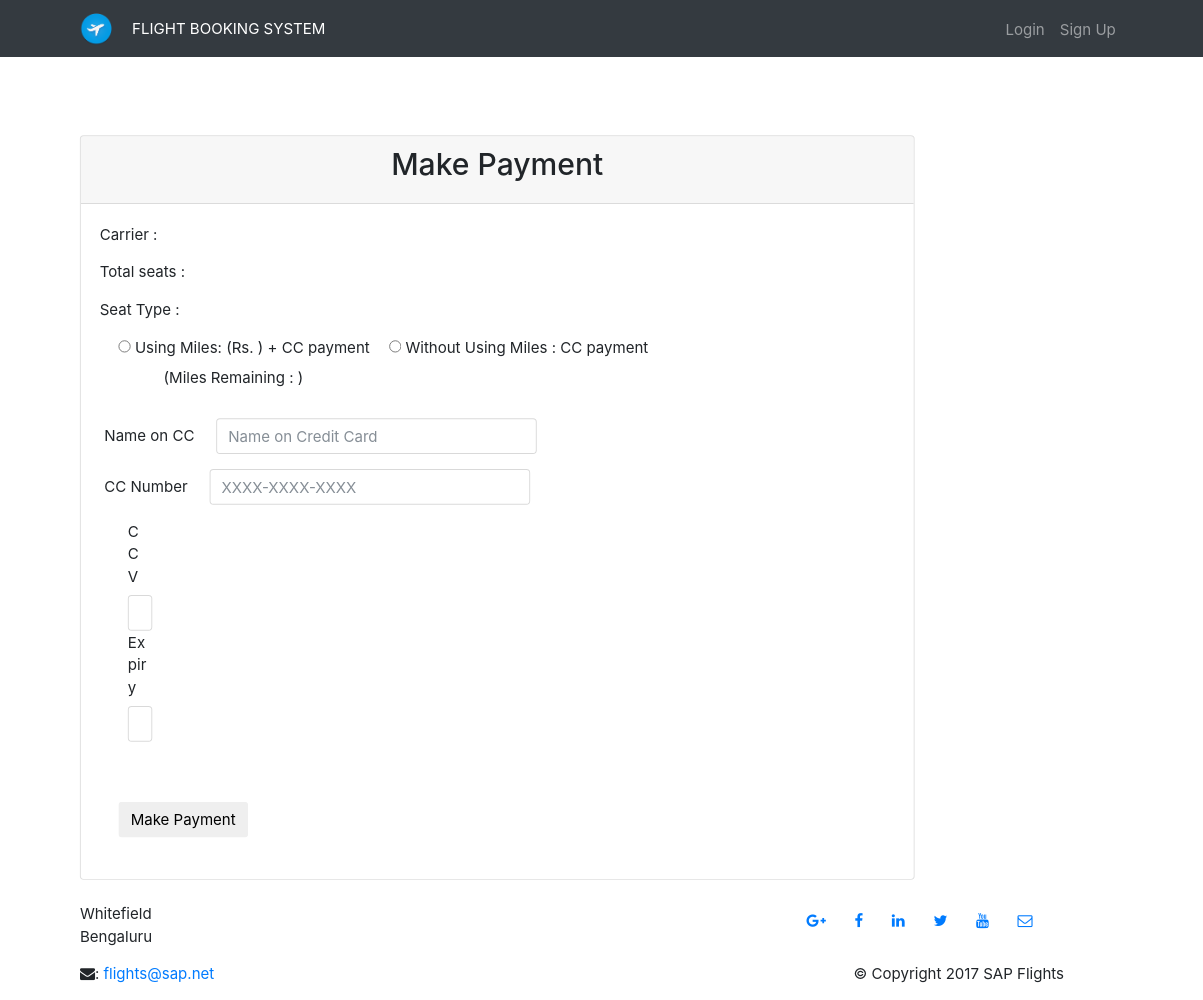
Repository: yashtatia/Spring-Practice
Page: http://localhost/FitnessTracker/WEB-INF/jsp/makePayment.jsp
The author's editor kept a copy of each file at every save. The page is drawn from the files as they stood at one save, then again after the next save.
The browser window is 1280 px wide. The pictures show the whole page, at 94% of full size.
Some web libraries are served in a nearby version. The page is served by Tomcat 9. Nobody is signed in. Other server files are loaded and not shown. The template is opened directly, without the code that normally fills it, so the values that code supplies are empty.

Above is the page before, as saved 2017-09-06 08:23:55.
Console error: SyntaxError: Unexpected token ';'

### FitnessTracker/src/main/webapp/WEB-INF/jsp/makePayment.jsp
<%@ taglib prefix="spring" uri="http://www.springframework.org/tags" %>
<%@ taglib prefix="form" uri="http://www.springframework.org/tags/form" %>

<jsp:include page="header.jsp" />
	<br>
	<br>
	<br>
	<br>
	<br>
	<br>
	<div class="container">
		<div class="card" style="max-width: 80%;" >
			<div class="card-header">
				<h2 class="card-title" align="center">Make Payment</h2>
			</div>
			<div class="card-block">
				<div class="card-body">
						<p>Carrier : ${flightSelected.airline}</p>
						<p>Total seats : ${flightSelected.seats}</p>
						<p>Seat Type : ${flightSelected.seat_class}</p>

						<form:form commandName="payment" class="form-horizontal" style=" padding-left: 20px;" method="POST">

							  <label class="radio-inline" >
							    <form:radiobutton path="payment_choice" name="payment_choice" value="1" />
							     Using Miles: ${miles_used} (Rs. ${discount}) + ${fare_with_miles}  CC payment

							  </label>


							  <label class="radio-inline mx-3">
							    <form:radiobutton path="payment_choice" name="payment_choice" value="2" />
							    Without Using Miles : ${fare_without_miles}	CC payment
							  </label>
							  <label class="mx-5">
							  	(Miles Remaining : ${miles_remaining})
							  </label>

							<br />
							<br/>

							<div class="form-group row">
							    <label for="input1" class="col-xs-3 col-form-label mr-2">Name on CC</label>
							    <div class="col-sm-10">
							      <form:input path="cc_name" type="text" name="cc_name" id="cc_name" placeholder="Name on Credit Card" class="form-control" style="max-width: 50%;" />
							    </div>
							</div>
							<div class="form-group row">
							    <label for="input2" class="col-xs-3 col-form-label mr-2">CC Number</label>
							    <div class="col-sm-10">
							      <form:input path="cc_number" type="text" name="cc_number" id="cc_number" placeholder="XXXX-XXXX-XXXX" class="form-control" style="max-width: 50%;" />
							    </div>
							</div>
							<div class="form-row">
									<div class="form-group">
				    <label for="input3" class="col-sm-2 control-label">CCV</label>
				    <div class="col-sm-1">
				      <input type="password" name="cc_cvv" id="cc_cvv" placeholder="CVV" class="form-control" style="width: 140%" required>
				    </div>

				    <label for="input4" class="col-sm-2 control-label">Expiry</label>
				    <div class="col-sm-2">
				      <input type="text" name="cc_expiry" id="cc_expiry" placeholder="MM/YY" class="form-control" required>
				    </div>
				</div>
							</div>
							<br />
							<br />

							<form:hidden path="flight_id"  name="flight_id" value="${flightSelected.flight_id}" />
							<form:hidden path="seat_type" name="seat_type" value="${flightSelected.seat_class_abbrev}" />
							<form:hidden path="seats" name="seats" value="${flightSelected.seats}" />
							<form:hidden path="fare_with_miles" name="fare_with_miles" value="${fare_with_miles}" />
							<form:hidden path="fare_without_miles" name="fare_without_miles" value="${fare_without_miles}" />
							<form:hidden path="miles_used" name="miles_used" value="${miles_used}" />
							<form:hidden path="miles_remaining" name="miles_remaining" value="${miles_remaining}" />
							<form:hidden path="miles_earned" name="miles_earned" value="${miles_earned}" />

							<button type="submit" name="" value="Make Payment" class="btn btn-default col-lg-offset-10" >Make Payment</button>
						</form:form>
				</div>

			</div>

			<br />



		</div>
	</div>
	<br/>

<jsp:include page="footer.jsp" />
<script type="text/javascript">
		$( document ).ready(function() {
		    preProcess();
		});

		function preProcess(){
			if($('input[name=payment_choice]:checked').val() == "with_miles"){
				var cc_remaining = ${fare_with_miles};
				if(cc_remaining == 0){
					$("#cc_name").prop("disabled", true);
					$("#cc_number").prop("disabled", true);
					$("#cc_cvv").prop("disabled", true);
					$("#cc_expiry").prop("disabled", true);
				}
			}
		}

		$('input[name=payment_choice]').on('change', function() {
			if($('input[name=payment_choice]:checked').val() == "with_miles"){
				var cc_remaining = ${fare_with_miles};
				if(cc_remaining == 0){
					$("#cc_name").prop("disabled", true);
					$("#cc_number").prop("disabled", true);
					$("#cc_cvv").prop("disabled", true);
					$("#cc_expiry").prop("disabled", true);
				}
			}else{
				$("#cc_name").prop("disabled", false);
				$("#cc_number").prop("disabled", false);
				$("#cc_cvv").prop("disabled", false);
				$("#cc_expiry").prop("disabled", false);
			}
		});
	</script>

### FitnessTracker/src/main/webapp/WEB-INF/jsp/header.jsp
<%@ taglib prefix="c" uri="http://java.sun.com/jsp/jstl/core"%>
<%@ taglib prefix="form" uri="http://www.springframework.org/tags/form" %>
<%@ taglib prefix="spring" uri="http://www.springframework.org/tags" %>
<!DOCTYPE html>
<html>
<head>
	<meta charset="utf-8">
    <meta http-equiv="X-UA-Compatible" content="IE=edge">
    <meta name="viewport" content="width=device-width, initial-scale=1, shrink-to-fit=no">
	<title>Search Flights</title>
	<link rel="stylesheet" href="https://maxcdn.bootstrapcdn.com/bootstrap/4.0.0-beta/css/bootstrap.min.css" integrity="sha384-/Y6pD6FV/Vv2HJnA6t+vslU6fwYXjCFtcEpHbNJ0lyAFsXTsjBbfaDjzALeQsN6M" crossorigin="anonymous">
	<link href="https://maxcdn.bootstrapcdn.com/font-awesome/4.7.0/css/font-awesome.min.css" rel="stylesheet">
	<link rel="stylesheet" type="text/css" href="assets/css/jquery-ui.css">
</head>
<body>

	 <nav class="navbar navbar-expand-md navbar-dark bg-dark fixed-top">
            <div class="container">
                <div class="navbar-header">
	                <span><a class="navbar-brand" href="index.jsp"><img src="assets/img/sap.png" height=35 width=35></a></span>
	                <span style="color: white;">FLIGHT BOOKING SYSTEM</span>
                </div>

                <c:choose>
    				<c:when test="${not logInForm.loggedIn || logInForm == null}">
                       <ul class="navbar-nav bd-navbar-nav" style="cursor: pointer;">
	                        <li class="nav-item"><a class="nav-link" data-toggle="modal" data-target="#loginModal" id="login"><span class="glyphicon glyphicon-log-in"></span> Login</a></li>
	                        <li class="nav-item"><a class="nav-link" href="signUp.html"><span class="glyphicon glyphicon-log-in"></span> Sign Up</a></li>
	                    </ul>
	    			</c:when>
	    			<c:otherwise>
	                    <ul class="navbar-nav bd-navbar-nav" style="cursor: pointer;">
	                        <li class="nav-item dropdown">
	                            <a href="#" class="nav-link dropdown-toggle" data-toggle="dropdown"
	                             role="button" aria-haspopup="true" aria-expanded="false" style="color: white; ">
	                             <i class="fa fa-user-o" aria-hidden="true"></i>  ${userForm.fname} ${userForm.lname} <span class="caret"></span></a>
	                            <ul class="dropdown-menu">
	                                <li><a class="dropdown-item" href="#">Your Miles : ${userForm.air_miles}</a></li>
	                                <li><a class="dropdown-item" href="myBookings.html">MyBookings</a></li>
	                                <li><a class="dropdown-item" href="logout.html">Logout</a></li>
	                            </ul>
	                        </li>
	                    </ul>
	                </c:otherwise>
                </c:choose>


                </div>
        </nav>

    <c:if test="${logInForm.loggedIn == false || logInForm == null}">

	    <div id="loginModal" class="modal fade " role="dialog" aria-labelledby="loginModal" aria-hidden="true">
	        <div class="modal-dialog" style="max-width: 650px !important;">
	        <!-- Modal content-->
	        <div class="modal-content">
	            <div class="modal-header">
	                <h5 class="modal-title" id="exampleModalLabel">Login</h5>
			     	   <button type="button" class="close" data-dismiss="modal" aria-label="Close">
			        	  <span aria-hidden="true">&times;</span>
			       	 </button>
	            </div>
		        <div class="modal-body">
		            <form:form modelAttribute="logInForm" class="form-inline" id="loginForm" action="logIn.html" method="POST">
		                <div class="form-group">
		                    <label class="sr-only" for="InputEmail">Email address</label>
		                    <form:input path="username" type="email" class="form-control" id="Email" placeholder="Email" name="email" />
		                </div>
		                <div class="form-group mx-sm-3">
		                    <label class="sr-only" for="Password">Password</label>
		                    <form:input path="password" type="password" class="form-control" id="Password" placeholder="Password" name="password" />
		                </div>

	            		<div class="form-group mx-sm-3">
	            			<button type="button" class="btn btn-default btn-danger pull-right" data-dismiss="modal">Cancel</button>
		                	<button type="submit" class="btn btn-default btn-info pull-right">Sign in</button>
	            		</div>


	            	</form:form>
				</div>

	        </div>
	        </div>
	    </div>

    </c:if>

### FitnessTracker/src/main/webapp/WEB-INF/jsp/footer.jsp

	<footer class="row-footer">
        <div class="container">
            <div class="row row-content">

                <div class="col-md-8">
                    <address>
		              Whitefield<br>
		              Bengaluru<br>

                    </address>
                </div>
                <div class="col-md-4">
                    <div >
                        <a class="btn btn-social-icon btn-google-plus" href="http://google.com/+"><i class="fa fa-google-plus"></i></a>
                        <a class="btn btn-social-icon btn-facebook" href="http://www.facebook.com/profile.php?id="><i class="fa fa-facebook"></i></a>
                        <a class="btn btn-social-icon btn-linkedin" href="http://www.linkedin.com/in/"><i class="fa fa-linkedin"></i></a>
                        <a class="btn btn-social-icon btn-twitter" href="http://twitter.com/"><i class="fa fa-twitter"></i></a>
                        <a class="btn btn-social-icon btn-youtube" href="http://youtube.com/"><i class="fa fa-youtube"></i></a>
                        <a class="btn btn-social-icon" href="mailto:"><i class="fa fa-envelope-o"></i></a>
                    </div>
                </div>
             </div>
             <div class="row row-content">
                <div class="col-md-8">
		              <i class="fa fa-envelope"></i>:
                         <a href="mailto:flights@sap.net">
                         flights@sap.net</a>
                </div>
                <div class="col-md-4">
                    <p align=center> &copy; Copyright 2017 SAP Flights</p>
                </div>
             </div>
        </div>
    </footer>




<script src="https://code.jquery.com/jquery-3.2.1.slim.min.js" integrity="sha384-KJ3o2DKtIkvYIK3UENzmM7KCkRr/rE9/Qpg6aAZGJwFDMVNA/GpGFF93hXpG5KkN" crossorigin="anonymous"></script>
<script type="text/javascript" src="http://code.jquery.com/jquery-3.2.1.min.js"></script>
<script type="text/javascript" src="assets/js/jquery-ui.min.js"></script>
<script src="https://cdnjs.cloudflare.com/ajax/libs/popper.js/1.11.0/umd/popper.min.js" integrity="sha384-b/U6ypiBEHpOf/4+1nzFpr53nxSS+GLCkfwBdFNTxtclqqenISfwAzpKaMNFNmj4" crossorigin="anonymous"></script>
<script src="https://maxcdn.bootstrapcdn.com/bootstrap/4.0.0-beta/js/bootstrap.min.js" integrity="sha384-h0AbiXch4ZDo7tp9hKZ4TsHbi047NrKGLO3SEJAg45jXxnGIfYzk4Si90RDIqNm1" crossorigin="anonymous"></script>

<script>
        $().button('toggle');
        $(document).ready(function(){
            $("#login").click(function(){
                console.log("yo!");
                $("#loginModal").modal();
            });
        });

        $(document).ready(function(){
            $("#table").click(function(){
                $("#tableModal").modal();
            });
        });
</script>
</body>
</html>

Loaded but not shown: FitnessTracker/src/main/webapp/assets/css/jquery-ui.css (library); FitnessTracker/src/main/webapp/assets/js/jquery-ui.min.js (library)

After the next save:
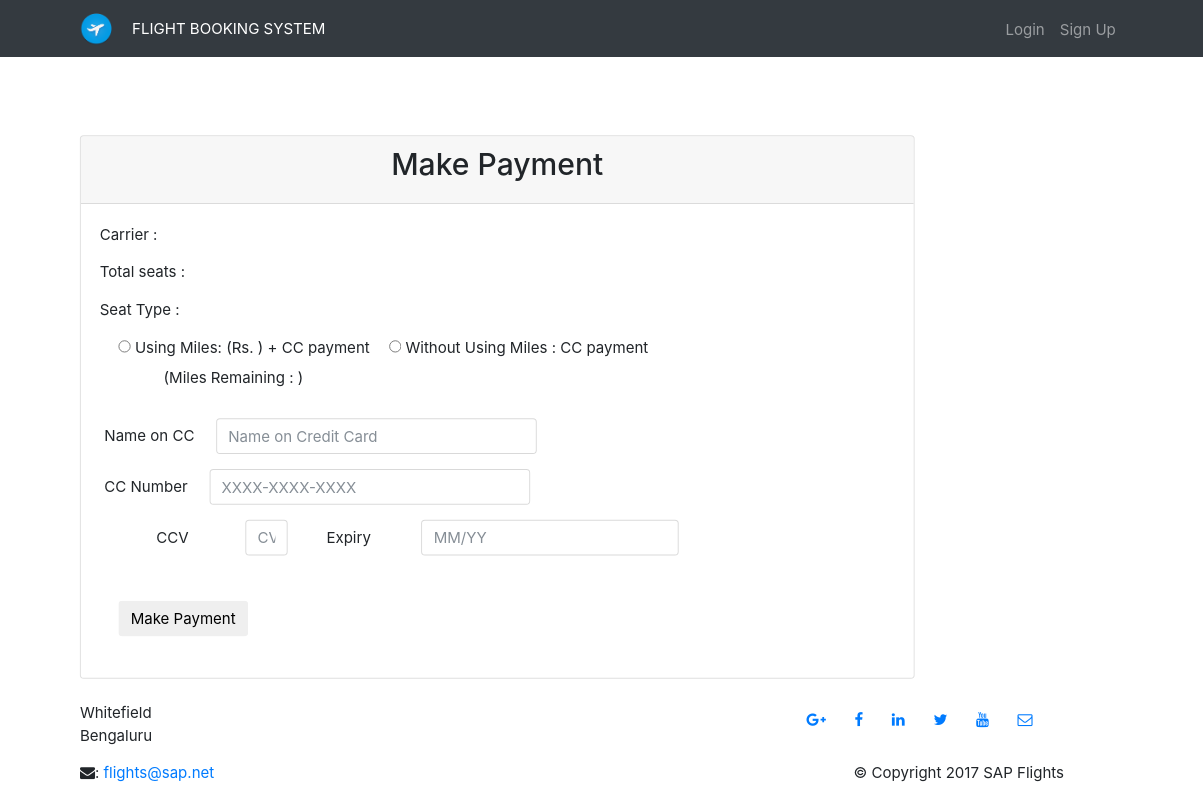
Saved 17 s later.
--- a/FitnessTracker/src/main/webapp/WEB-INF/jsp/makePayment.jsp
+++ b/FitnessTracker/src/main/webapp/WEB-INF/jsp/makePayment.jsp
@@ -52,7 +52,8 @@
 							    </div>
 							</div>
 							<div class="form-row">
-									<div class="form-group">
+									<div class="form-inline">
+										<div class="form-group">
 				    <label for="input3" class="col-sm-2 control-label">CCV</label>
 				    <div class="col-sm-1">
 				      <input type="password" name="cc_cvv" id="cc_cvv" placeholder="CVV" class="form-control" style="width: 140%" required>
@@ -63,6 +64,7 @@
 				      <input type="text" name="cc_expiry" id="cc_expiry" placeholder="MM/YY" class="form-control" required>
 				    </div>
 				</div>
+									</div>
 							</div>
 							<br />
 							<br />
